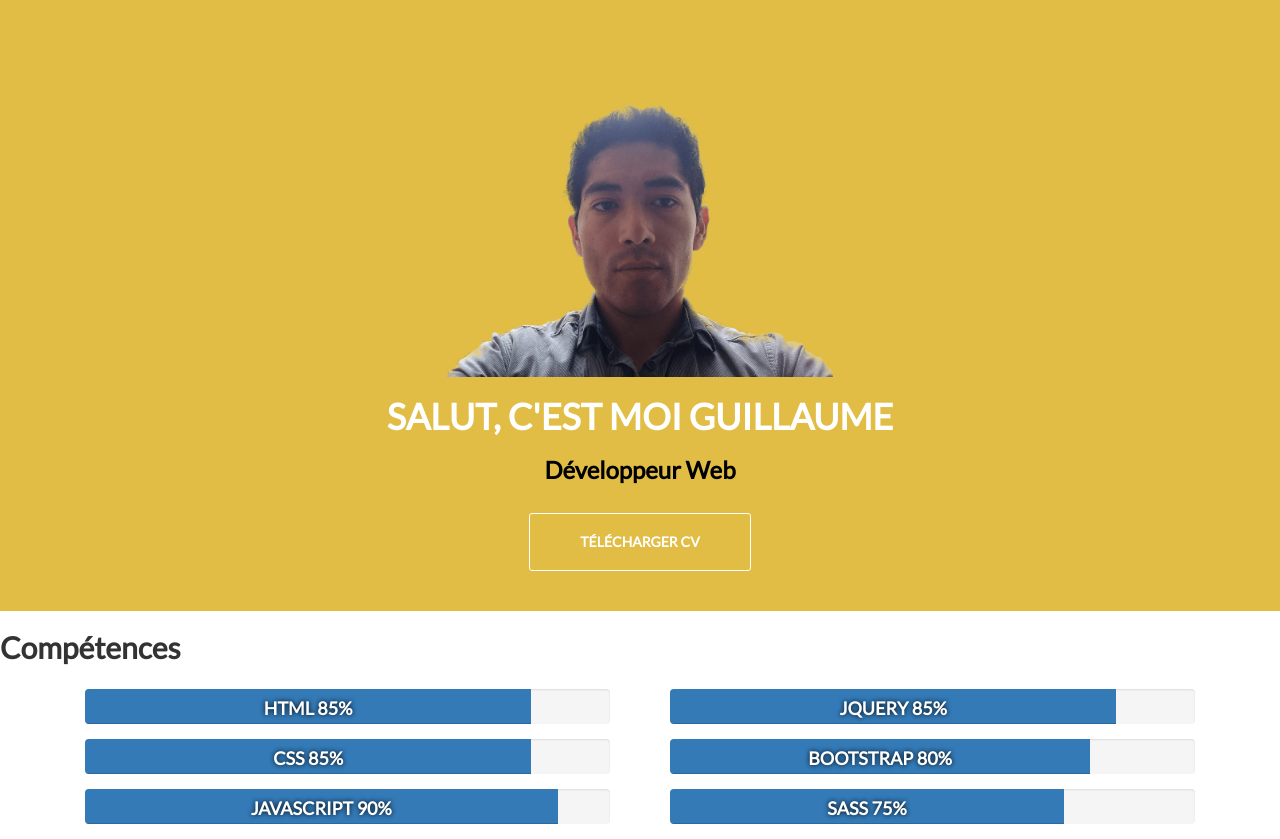
Repository: 0Memo/mon-cv
Page: index.html
An editor plug-in stored every save of this project. The page is shown before and after a run of saves, followed by the edit.
The browser window is 1280 px wide. The pictures show the whole page.

Above is the page before, as saved 2020-12-28 21:04:08.

After the next 2 saves:
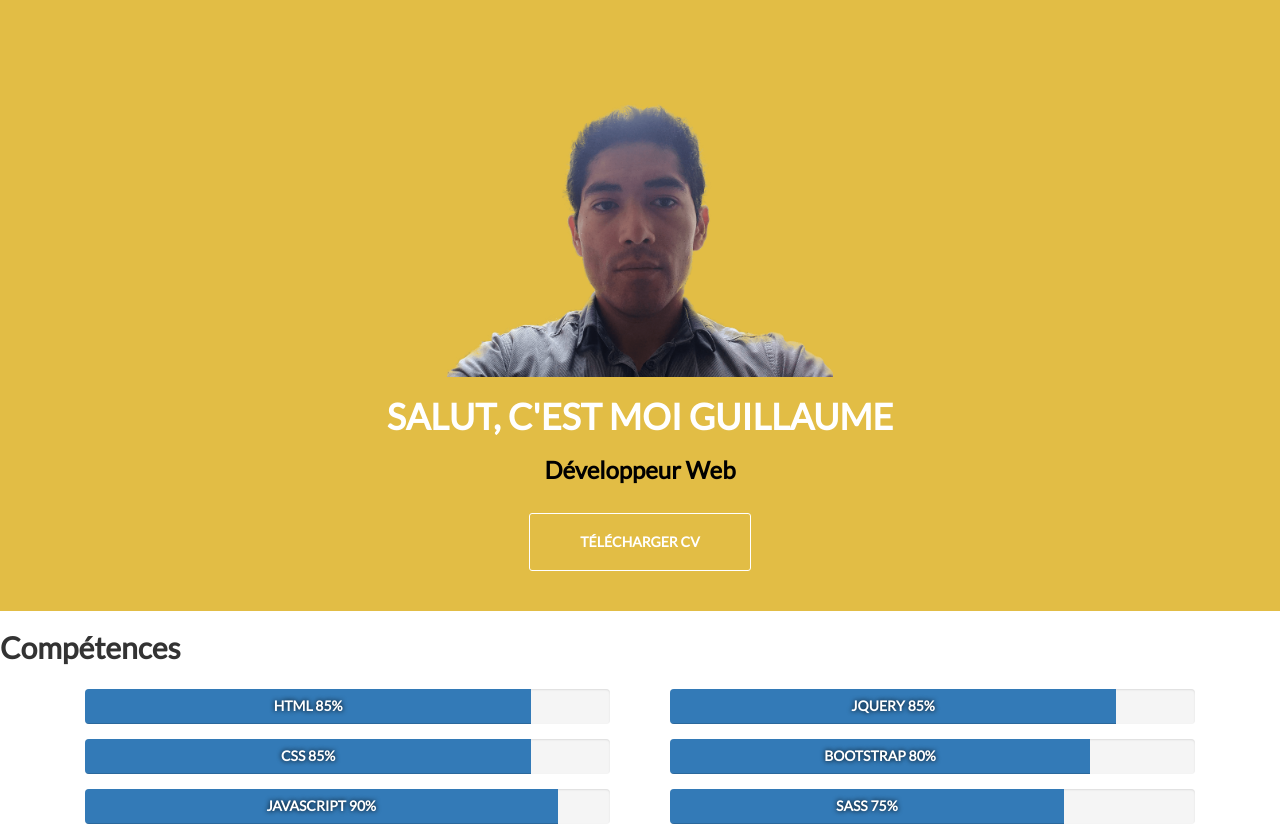
The 2 saves are shown as one change because they came seconds apart.
The last was saved 12 s later.
--- a/css/styles.css
+++ b/css/styles.css
@@ -61,6 +61,6 @@ img {
 
 #skills .progress .progress-bar h5 {
     text-shadow: 0 0 5px #000;
-    font-size: 18px;
-    line-height: 18px;
+    font-size: 14px;
+    line-height: 14px;
 }
